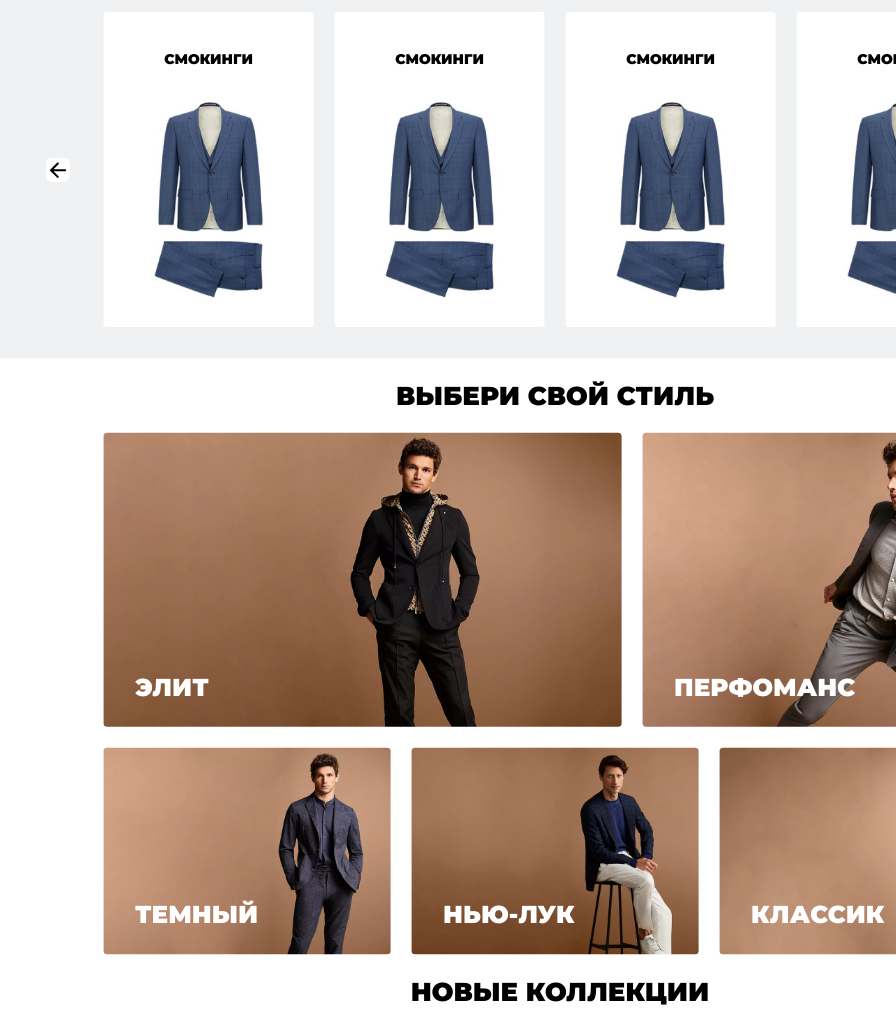
Repository: MaksimKrupkin/SigmaEllegance
Page: /
The author's editor kept a copy of each file at every save. The page is drawn from the files as they stood at one save, then again after the next save.
The browser window is 1280 px wide. The pictures show the part of the page from y = 873 to 2793 px (the page is 2343 px tall before and 2793 px after), at 70% of full size.
An inner scrolling area shows only its first screen. Some web fonts or font styles are not loaded; a fallback is used. The project was rebuilt for these pictures with package versions that can differ from the ones it lists, and the page was loaded fresh each time.

Above is the page before, as saved 2023-11-23 22:25:00.

After the next save:
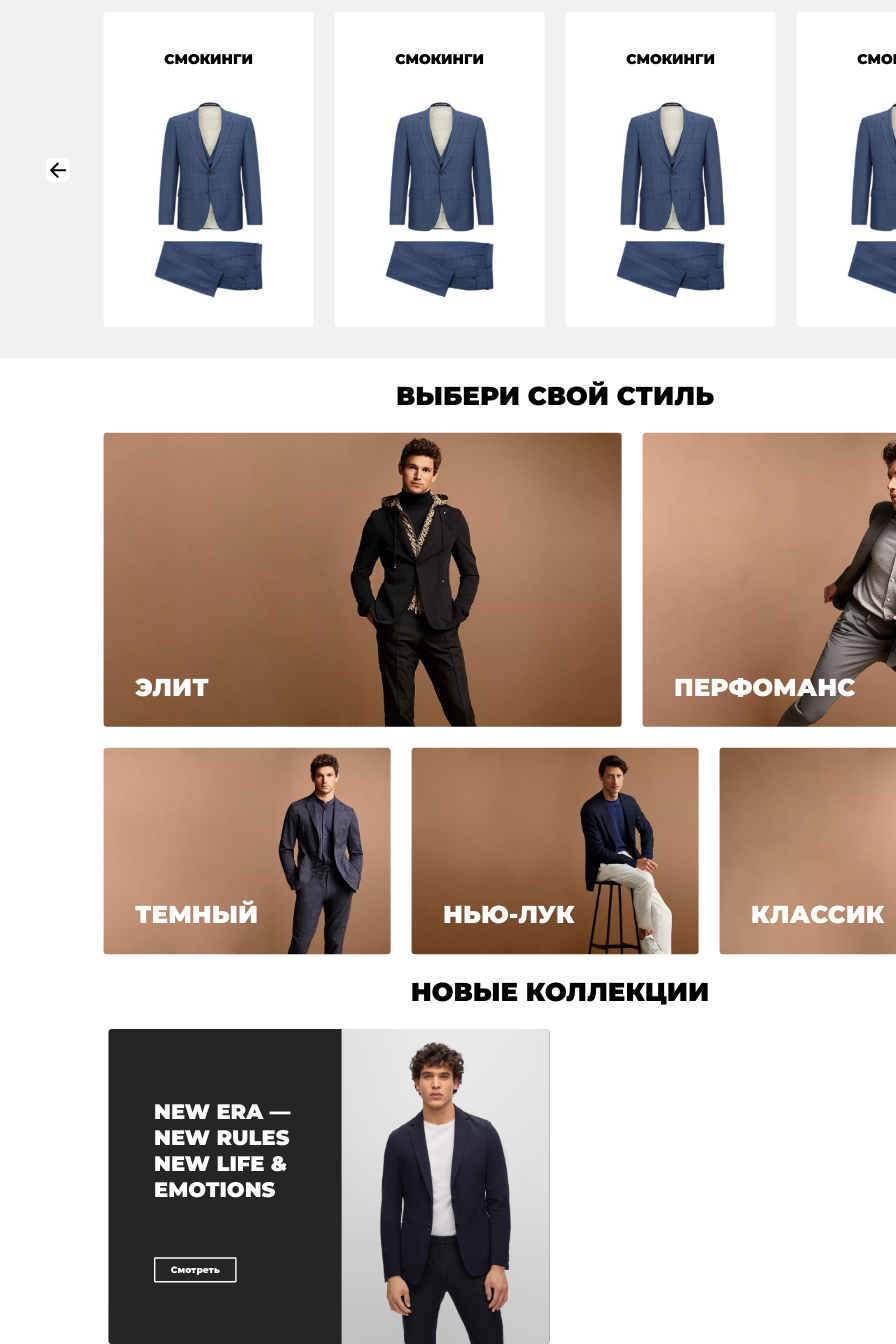
Saved 32 s later.
--- a/src/Components/Collections/Collections.module.css
+++ b/src/Components/Collections/Collections.module.css
@@ -74,3 +74,9 @@
   height: 100%;
   background-image: url(../../assets/img/collection1.png);
 }
+.collection2 {
+  width: 300px;
+  height: 450px;
+  border-radius: 5px;
+  background-image: url(../../assets/img/collection2.png);
+}

After the save that followed:
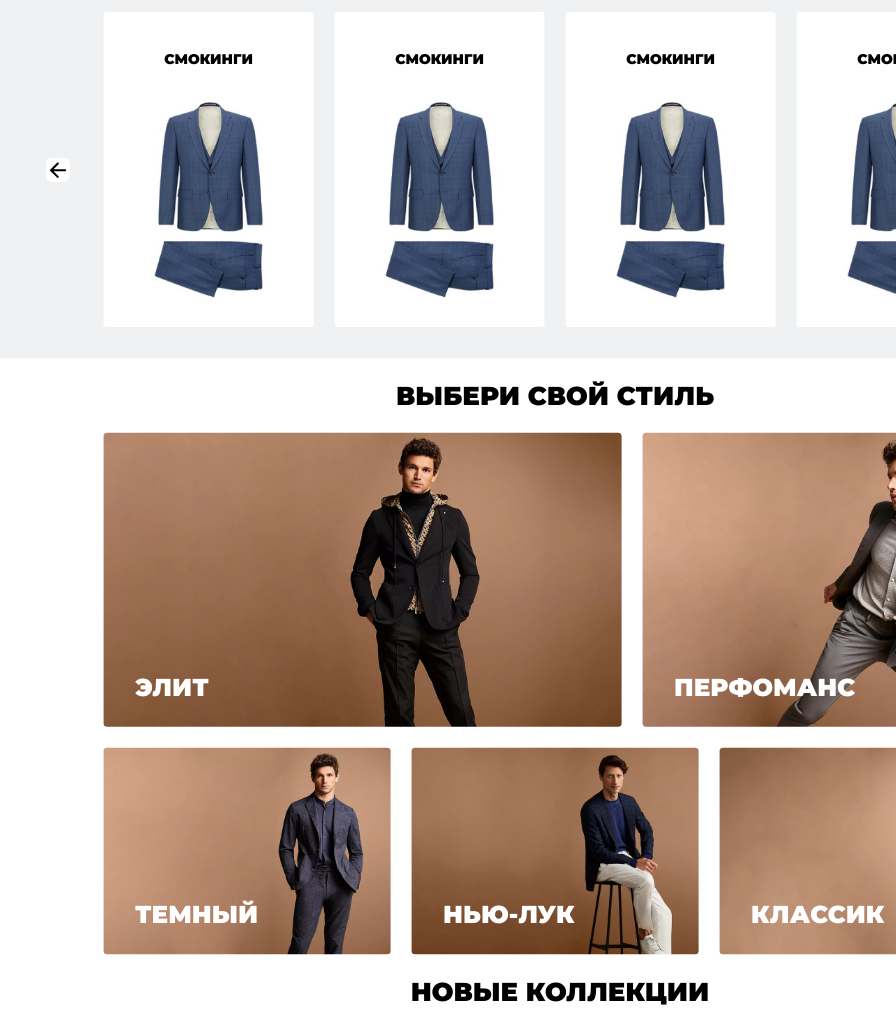
Saved 113 s later.
--- a/src/Components/Collections/Collections.module.css
+++ b/src/Components/Collections/Collections.module.css
@@ -76,7 +76,7 @@
 }
 .collection2 {
   width: 300px;
-  height: 450px;
+  height: 100%;
   border-radius: 5px;
   background-image: url(../../assets/img/collection2.png);
 }
